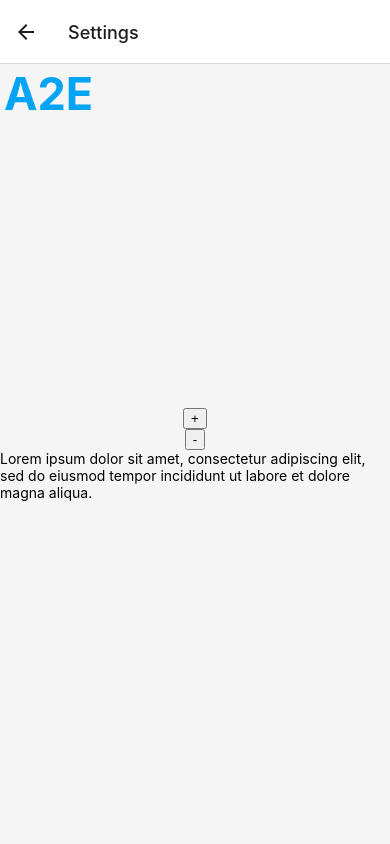
Repository: amartinM1/A2E-UI
Page: /Settings
The author's editor kept a copy of each file at every save. The page is drawn from the files as they stood at one save, then again after the next save.
The browser window is 390 px wide. The pictures show the whole page.
The app was drawn by React Native's web renderer in a window 390 px wide. The project was rebuilt for these pictures with package versions that can differ from the ones it lists, and the page was loaded fresh each time. Some packages were replaced by stand-ins written for this rebuild. Also part of the build but not shown: pages/profile.js, server/server.js, pages/home.js.

Above is the page before, as saved 2023-02-16 11:38:57.

### App.js
import { StatusBar } from 'expo-status-bar';
import React from 'react';
import { StyleSheet, Text, View } from 'react-native';
import Launch from './pages/launch.js';
import Navigator from './navigation/navigator.js';

export default function App() {
  return (
    <Navigator/>
  );
}

### pages/launch.js
import React, {Component} from 'react';
import {
    Text,
    View,
    StyleSheet,
    TouchableOpacity,
} from 'react-native';

function Button({onPress, children}) {
    return (
        <TouchableOpacity onPress={onPress} style={styles.button}>
                <Text style={styles.button_text}>{children}</Text>
        </TouchableOpacity>
    );
}

function Launch({navigation}) {
    return (
        <View style={styles.container}>
            <View style={styles.background_container}>
                <Text style={styles.logo}>A2E</Text>
            </View>
            <View style={styles.main_container}>
                <Text style={styles.title}>Welcome to{"\n"}ASL-to-English</Text>
                <Text style={styles.body}>We translate your ASL to English all in one application.</Text>
                <Button onPress={() => navigation.navigate('Home') }>Get Started</Button>
            </View>
        </View>
    );
}

const styles = StyleSheet.create({
    container: {
        flex: 1,
        alignItems: 'center',
    },
    background_container: {
        position: 'absolute',
        top: 0,
        bottom: 0,
        left: 0,
        right: 0,
        backgroundColor: '#F5F5F5',
    },
    main_container: {
        flex: 1,
        justifyContent: 'center',
        alignItems: 'center',
    },
    logo: {
        fontSize: 45,
        fontWeight: 'bold',
        color: '#04a4f4',
        textAlign: 'left',
        marginLeft: '1%',
        marginTop: '0.5%',
    },
    title: {
        fontSize: 45,
        fontWeight: 'bold',
        color: '#04a4f4',
        marginBottom: '2.5%',
        textAlign: 'center',
    },
    body: {
        fontSize: 20,
        fontWeight: '400',
        color: '#04a4f4',
        marginBottom: '4%',
        textAlign: 'center',
    },
    button: {
        alignItems: 'center',
        backgroundColor: '#04a4f4',
        padding: 10,
        borderRadius: 50,
        width: 250,
    },
    button_text: {
        marginBottom: 2,
        marginTop: 2,
        fontSize: 25,
        fontWeight: '600',
        color: '#FFFFFF',
    },
})

export default Launch;

### navigation/navigator.js
import React from 'react';
import { NavigationContainer } from '@react-navigation/native';
import { createNativeStackNavigator } from '@react-navigation/native-stack';

//pages
import Launch from '../pages/launch';
import Home from '../pages/home';
import Profile from '../pages/profile';
import Settings from '../pages/settings';

//stacks
const LaunchStack = createNativeStackNavigator();

//Launch Page Stack
function Navigator() {
    return (
        <NavigationContainer>
            <LaunchStack.Navigator>
                <LaunchStack.Screen
                    name="Launch"
                    component={Launch}
                    options={{headerShown: false}}
                />
                <LaunchStack.Screen
                    name="Home"
                    component={Home}
                    options={{headerShown: false}}
                />
                <LaunchStack.Screen
                    name="Profile"
                    component={Profile}
                />
                <LaunchStack.Screen
                    name="Settings"
                    component={Settings}
                />
            </LaunchStack.Navigator>
        </NavigationContainer>
    );
}

export default Navigator;

### pages/settings.js
import React, {Component,useState} from 'react';
import {
    Text,
    View,
    StyleSheet,
    TouchableOpacity,
} from 'react-native';

function Settings({navigation}) {

    const [fontSize, setFontSize] = useState(16);
    return (
        <View style={styles.container}>
            <View style={styles.background_container}>
                <Text style={styles.logo}>A2E</Text>
            </View>
            <View style={styles.main_container}>
                <button onClick = {() =>setfontSize(fontSize +2)}>
                    +
                </button>
                <button onClick = {() =>setFontSize(fontSize +2)}>
                    -
                </button>

                <Text style ={{fontSize: '${fontSize} px' }}>
                Lorem ipsum dolor sit amet, consectetur adipiscing elit, sed do eiusmod tempor incididunt ut labore et dolore magna aliqua.
                </Text>
            </View>
        </View>
    );
}

const styles = StyleSheet.create({
    container: {
        flex: 1,
        alignItems: 'center',
    },
    background_container: {
        position: 'absolute',
        top: 0,
        bottom: 0,
        left: 0,
        right: 0,
        backgroundColor: '#F5F5F5',
    },
    main_container: {
        flex: 1,
        justifyContent: 'center',
        alignItems: 'center',
    },
    logo: {
        fontSize: 45,
        fontWeight: 'bold',
        color: '#04a4f4',
        textAlign: 'left',
        marginLeft: '1%',
        marginTop: '0.5%',
    },
});

export default Settings;

Loaded but not shown: index.js (common file)

After the next save:
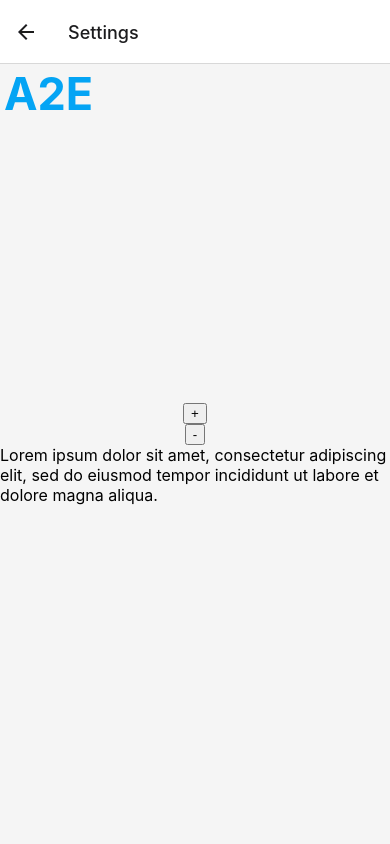
Saved 2 min 46 s later.
--- a/pages/settings.js
+++ b/pages/settings.js
@@ -22,9 +22,10 @@ function Settings({navigation}) {
                     -
                 </button>
 
-                <Text style ={{fontSize: '${fontSize} px' }}>
-                Lorem ipsum dolor sit amet, consectetur adipiscing elit, sed do eiusmod tempor incididunt ut labore et dolore magna aliqua.
-                </Text>
+                <Text style={{
+          fontSize: `${fontSize}px`
+        }}>
+                Lorem ipsum dolor sit amet, consectetur adipiscing elit, sed do eiusmod tempor incididunt ut labore et dolore magna aliqua.</Text>
             </View>
         </View>
     );
